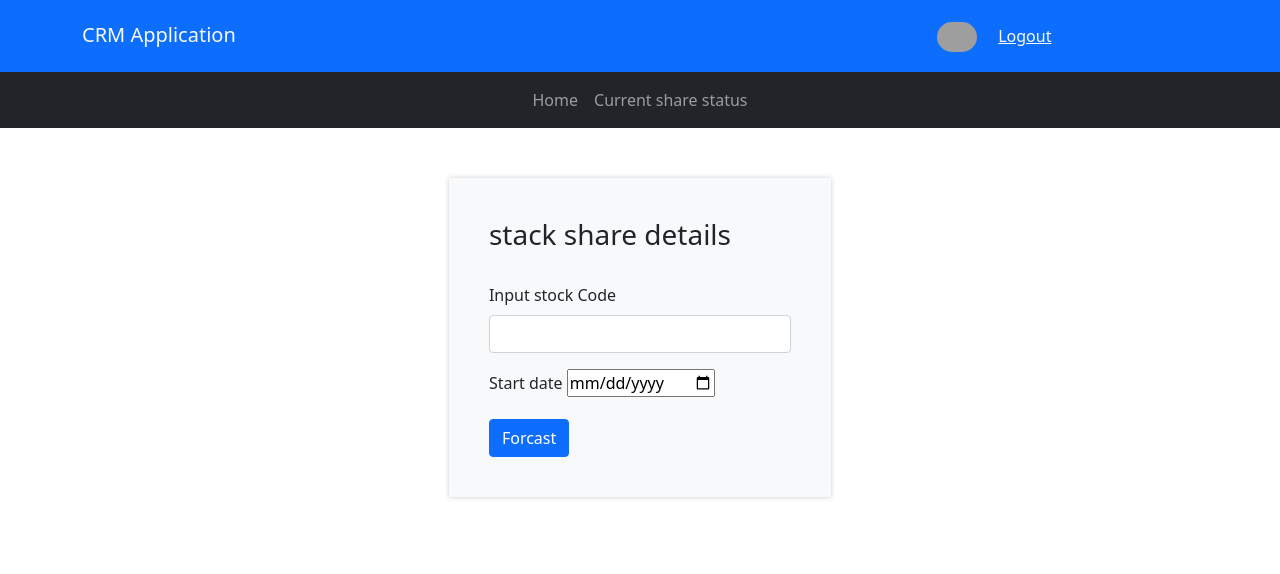
Repository: DevloperSudip/Insight-Dashboard
Page: http://localhost/DashProject/WEB-INF/views/forcastdata.jsp
These files come from the project's save history. The page is drawn as it stood at one moment and after the next save; the edit follows.
The browser window is 1280 px wide. The pictures show the whole page.
Pictures or frames that could not be fetched are drawn as grey boxes. The page is served by Tomcat 10. Nobody is signed in. The template is opened directly, without the code that normally fills it, so the values that code supplies are empty.

Above is the page before, as saved 2024-04-24 09:41:38.

After the next save:
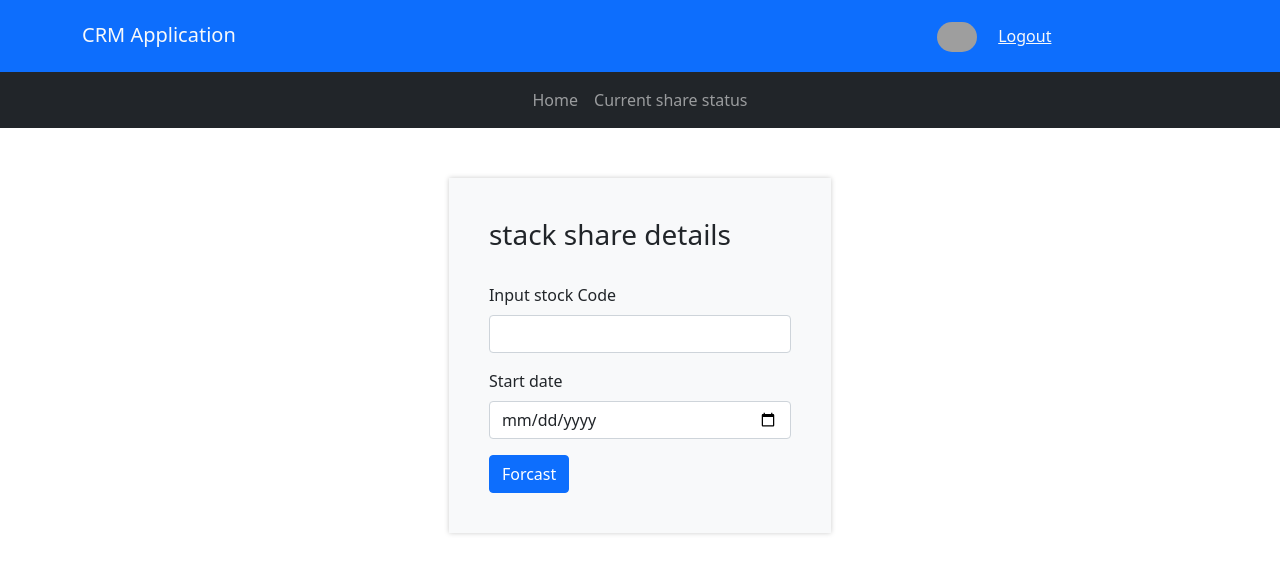
Saved 20 s later.
--- a/DashProject_FinalProject/DashProject/src/main/webapp/WEB-INF/views/forcastdata.jsp
+++ b/DashProject_FinalProject/DashProject/src/main/webapp/WEB-INF/views/forcastdata.jsp
@@ -35,7 +35,7 @@
 								</div>
 								<div class="mb-3">
 									<label class="form-label">Start date</label>
-									<input type="date" name="startdate" id="startdate"/>
+									<input type="date" name="startdate" id="startdate" Class="form-control"/>
 								</div>
 
 								<input type="submit" value="Forcast" class="btn btn-primary" />
